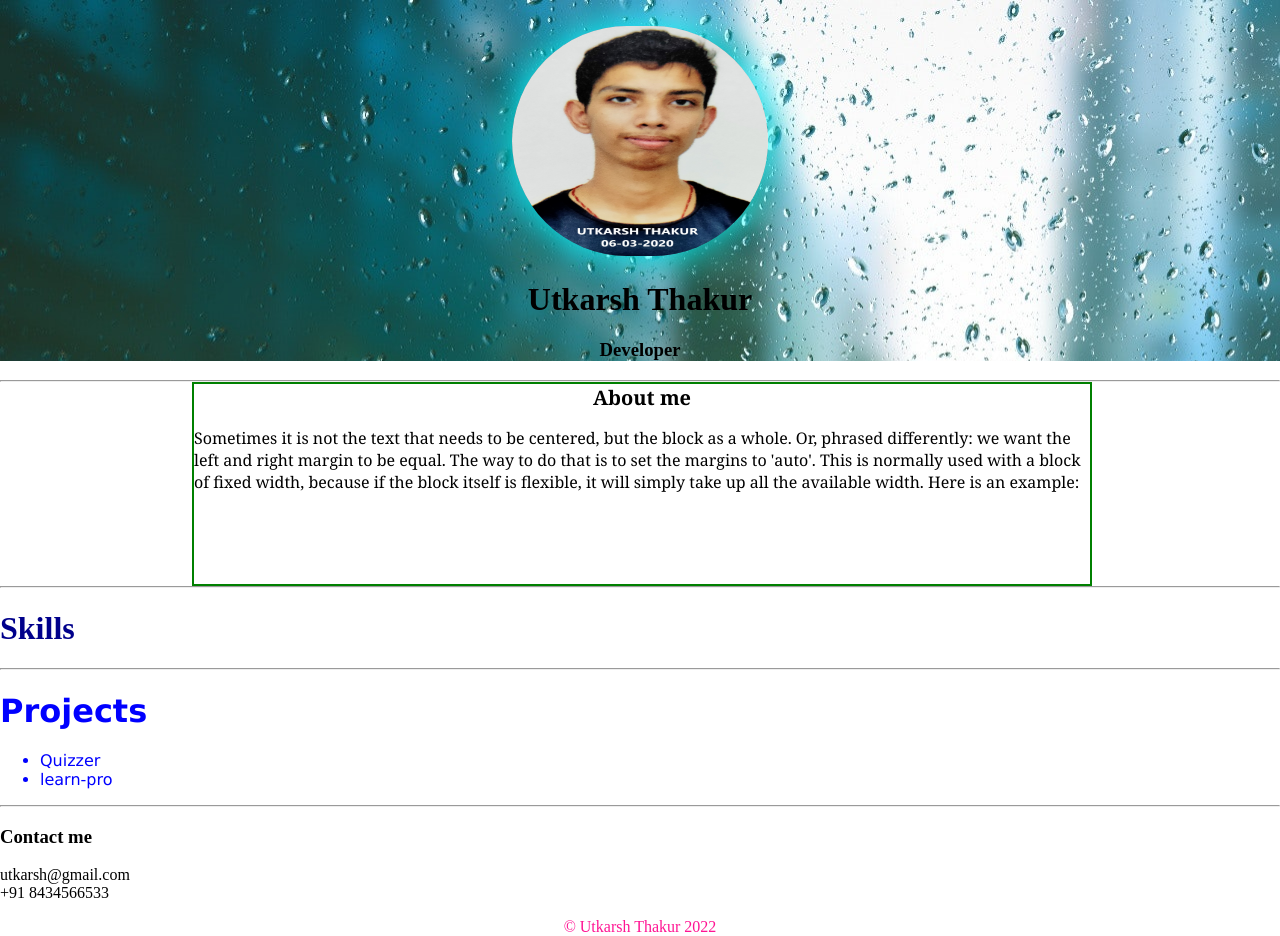
Repository: UtkarshThakur321/Utkarsh-Thakur-Profile
Page: index.html
These files come from the project's save history. The page is drawn as it stood at one moment and after the next save; the edit follows.
The browser window is 1280 px wide. The pictures show the whole page.

Above is the page before, as saved 2022-01-22 23:30:02.
Not found: main.js

After the next save:
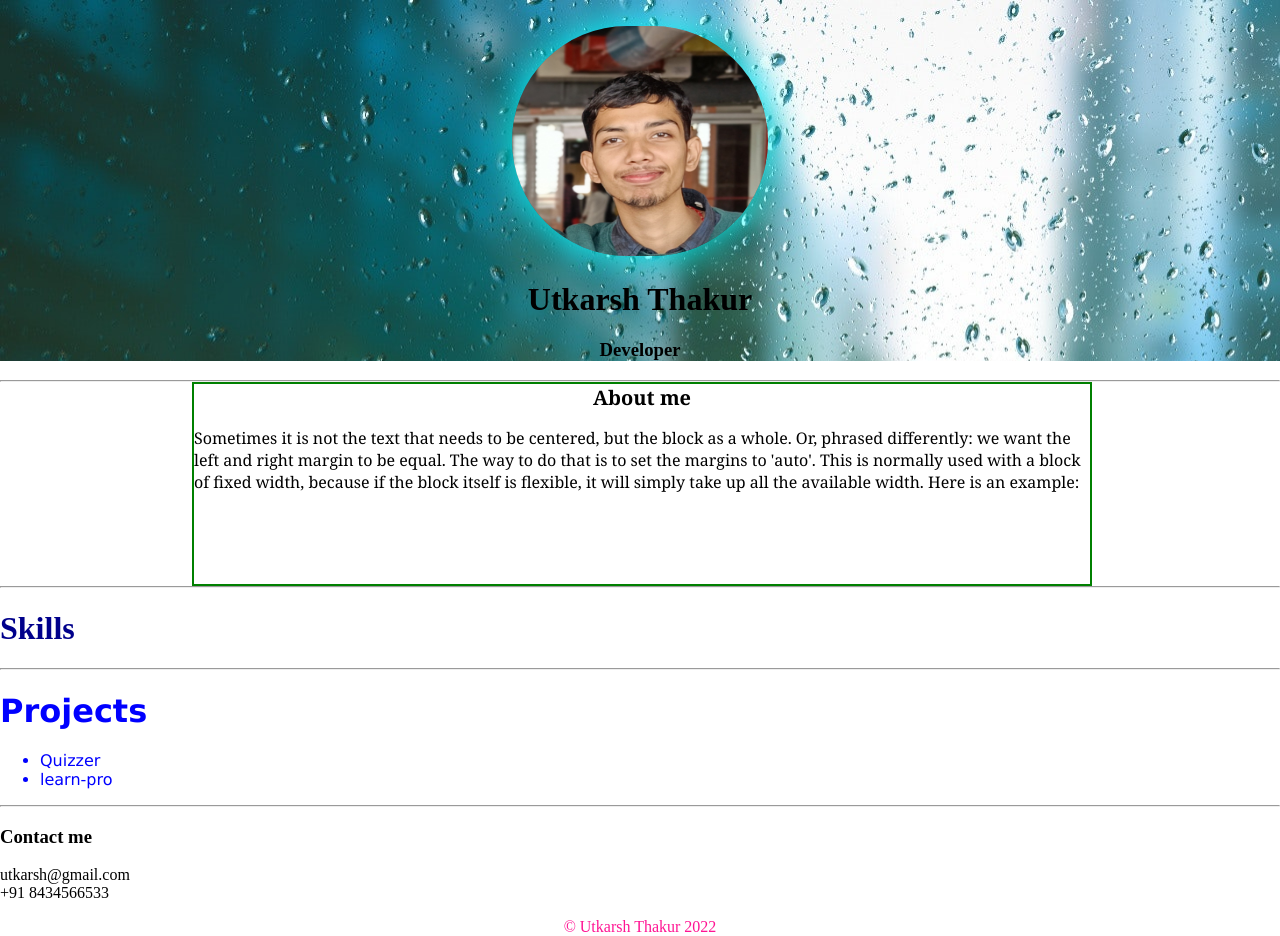
Saved 77 s later.
--- a/index.html
+++ b/index.html
@@ -16,7 +16,7 @@
     <center>
         <div id="intro">
             <div id="profileImage">
-                 <img src="main3.jpg" alt="DP_Utkarsh__Thakur"
+                 <img src="./Utkarsh_dp.jpg" alt="DP_Utkarsh__Thakur"
                  width="180" height="170">
             </div>
             <div id="profileName">
@@ -43,6 +43,8 @@
         </p>
     </div>
   </div>
+
+
 <hr>
 
     <div id="skills">
